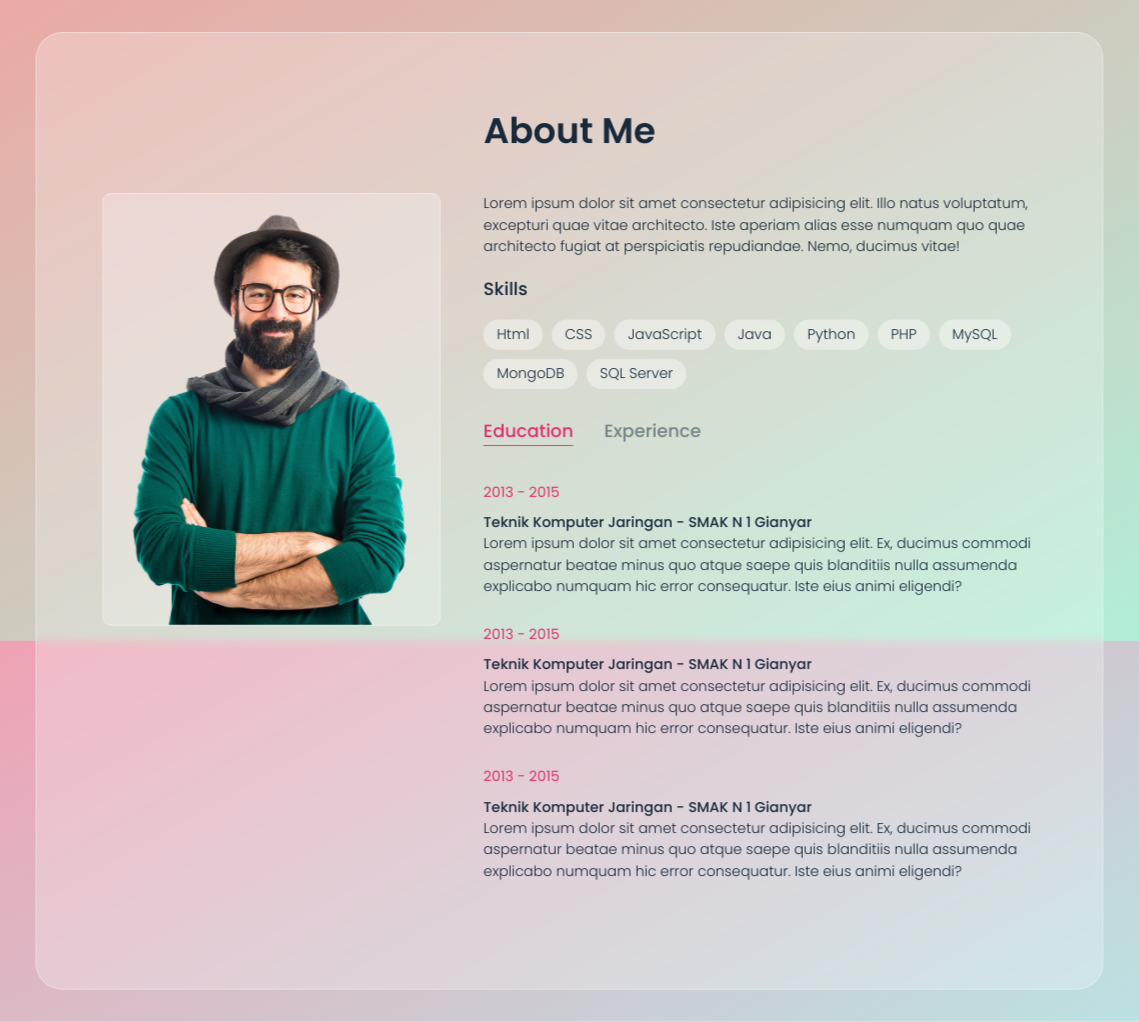
Repository: dewaary/Glassmorp-me
Page: index.html
The author's editor kept a copy of each file at every save. The page is drawn from the files as they stood at one save, then again after the next save.
The browser window is 1280 px wide. The pictures show the whole page, at 89% of full size.
Backgrounds fixed to the window are drawn as part of the page.

Above is the page before, as saved 2021-05-25 22:56:52.
Not found: js/script,js

### index.html
<!DOCTYPE html>
<html lang="en">

<head>
    <meta charset="UTF-8">
    <meta http-equiv="X-UA-Compatible" content="IE=edge">
    <meta name="viewport" content="width=device-width, initial-scale=1.0">
    <link rel="stylesheet" href="style.css">
    <title>Document</title>
</head>

<body>
    <div class="main">
        <section class="home-section align-items-center hidden">
            <div class="container">
                <div class="row align-items-center">
                    <div class="home-text">
                        <p>Hello, I'm</p>
                        <h1>Dewa Ari</h1>
                        <h2>Full-Stack Web Developer</h2>
                        <a href="#" class="btn">more about me</a>
                        <a href="#" class="btn">portfolio</a>
                    </div>
                    <div class="home-img">
                        <div class="img-box">
                            <img src="img/profile-img.png" alt="profile-img">
                        </div>
                    </div>
                </div>
            </div>
        </section>

        <!-- About Section -->
        <section class="about-section sec-padding">
            <div class="container">
                <div class="row">
                    <div class="section-title">
                        <h2>About me</h2>
                    </div>
                </div>
                <div class="row">
                    <div class="about-img">
                        <div class="img-box">
                            <img src="img/about-img.png" alt="About Image">
                        </div>
                    </div>
                    <div class="about-text">
                        <p>Lorem ipsum dolor sit amet consectetur adipisicing elit. Illo natus voluptatum, excepturi
                            quae vitae architecto. Iste aperiam alias esse numquam quo quae architecto fugiat at
                            perspiciatis repudiandae. Nemo, ducimus vitae!</p>
                        <h3>Skills</h3>
                        <div class="skills">
                            <div class="skill-item">Html</div>
                            <div class="skill-item">CSS</div>
                            <div class="skill-item">JavaScript</div>
                            <div class="skill-item">Java</div>
                            <div class="skill-item">Python</div>
                            <div class="skill-item">PHP</div>
                            <div class="skill-item">MySQL</div>
                            <div class="skill-item">MongoDB</div>
                            <div class="skill-item">SQL Server</div>
                        </div>

                        <div class="about-tabs">
                            <button type="button" class="tab-item active" data-target="#education">Education</button>
                            <button type="button" class="tab-item" data-target="#experience">Experience</button>
                        </div>
                        <div class="tab-content" id="education">
                            <div class="timeline">
                                <div class="timeline-item">
                                    <span class="date">2013 - 2015</span>
                                    <h4>Teknik Komputer Jaringan - <span>SMAK N 1 Gianyar</span></h4>
                                    <p>Lorem ipsum dolor sit amet consectetur adipisicing elit. Ex, ducimus commodi
                                        aspernatur beatae minus quo atque saepe quis blanditiis nulla assumenda
                                        explicabo numquam hic error consequatur. Iste eius animi eligendi?</p>
                                </div>
                                <div class="timeline-item">
                                    <span class="date">2013 - 2015</span>
                                    <h4>Teknik Komputer Jaringan - <span>SMAK N 1 Gianyar</span></h4>
                                    <p>Lorem ipsum dolor sit amet consectetur adipisicing elit. Ex, ducimus commodi
                                        aspernatur beatae minus quo atque saepe quis blanditiis nulla assumenda
                                        explicabo numquam hic error consequatur. Iste eius animi eligendi?</p>
                                </div>
                                <div class="timeline-item">
                                    <span class="date">2013 - 2015</span>
                                    <h4>Teknik Komputer Jaringan - <span>SMAK N 1 Gianyar</span></h4>
                                    <p>Lorem ipsum dolor sit amet consectetur adipisicing elit. Ex, ducimus commodi
                                        aspernatur beatae minus quo atque saepe quis blanditiis nulla assumenda
                                        explicabo numquam hic error consequatur. Iste eius animi eligendi?</p>
                                </div>
                            </div>
                        </div>
                        <!-- Education Start -->


                    </div>
                </div>
            </div>
        </section>

    </div>
    <script src="js/script,js"></script>
</body>

</html>

### style.css
/* Fonts */
@import url("https://fonts.googleapis.com/css2?family=Poppins:wght@300;400;500;600;700&display=swap");

/* Variables */

:root {
  --main-color: #e02f6b;
  --blue: #0000ff;
  --blue-dark: #18293c;
  --orange: #ffa500;
  --green-yellow: #cddc39;
  --pink-light: #efa2b4;
  --cyan-light: #aef1ee;
  --white: #ffffff;
  --white-alpha-40: rgba(255, 255, 255, 0.4);
  --white-alpha-25: rgba(255, 255, 255, 0.25);
  --backdrop-filter-blur: blur(5px);
}

* {
  box-sizing: border-box;
  padding: 0;
  margin: 0;
  outline: none;
}

::before,
::after {
  box-sizing: border-box;
}

body {
  min-height: 100vh;
  background-image: linear-gradient(
    to bottom right,
    var(--pink-light),
    var(--cyan-light)
  );
  background-attachment: fixed;
  font-size: 16px;
  font-family: "Poppins", sans-serif;
  font-weight: 300;
  color: var(--blue-dark);
  line-height: 1.5;
  overflow-x: hidden;
  -webkit-tap-highlight-color: transparent;
  padding: 5vh 15px;
}

body::before {
  content: "";
  position: fixed;
  left: 0;
  top: 0;
  height: 100%;
  width: 100%;
  background-color: var(--green-yellow);
  z-index: -1;
  opacity: 0.12;
}

a {
  text-decoration: none;
}

h1,
h2 {
  font-weight: 600;
}

h3,
h4,
h5,
h6 {
  font-weight: 500;
}

img {
  max-width: 100%;
  vertical-align: middle;
}

section {
  background-color: var(--white-alpha-25);
  border: 1px solid var(--white-alpha-40);
  min-height: 90vh;
  border-radius: 30px;
  backdrop-filter: var(--backdrop-filter-blur);
}

.main {
  max-width: 1200px;
  margin: auto;
}

.row {
  display: flex;
  flex-wrap: wrap;
}

.container {
  padding: 0 40px;
  width: 100%;
}

.align-items-center {
  align-items: center;
}

.hidden{
  display: none !important;
}

.sec-padding {
  padding: 80px 0;;
}

/* Section Tittle */
.section-title {
  padding: 0 15px;
  width: 100%;
  text-align: center;
  margin-bottom: 40px;
}

.section-title h2 {

  font-size: 40px;
  text-transform: capitalize;
}


/* Custome Scroolbar */

::-webkit-scrollbar{
  width: 5px;
}

::-webkit-scrollbar-track{
  background-color: var(--white);
}

::-webkit-scrollbar-thumb {
  background-color: var(--main-color);
}

/*
Buttons */

button {
  font-family: inherit;
  user-select: none;
}


.btn {
  line-height: 1.5;
  background-color: var(--white-alpha-25);
  border: 1px solid var(--white-alpha-40);
  padding: 10px 28px;
  display: inline-block;
  border-radius: 30px;
  color: var(--main-color);
  font-weight: 500;
  text-transform: capitalize;
  font-family: inherit;
  font-size: 16px;
  cursor: pointer;
  user-select: none;
  position: relative;
  overflow: hidden;
  vertical-align: middle;
  transition: width 0.3s ease;
}

.btn::before {
  content: "";
  position: absolute;
  left: 0;
  top: 0;
  height: 100%;
  width: 0%;
  background-color: var(--main-color);
  z-index: -1;
  transition: width 0.3s ease;
}

.btn:hover::before {
  width: 100%;
}
.btn:hover {
  color: var(--white);
}

/*
Home Section */

.home-section {
  display: flex;
  padding: 120px 0;
}

.home-text,
.home-img {
  width: 50%;
  padding: 15px;
}

.home-text p {
  font-size: 15px;
}

.home-text h2 {
  font-size: 20px;
  text-transform: capitalize;
  font-weight: 300;
  margin: 0 0 30px;
}

.home-text .btn {
  margin: 0 15px 15px 0;
}

.home-text h1 {
  font-size: 50px;
  text-transform: capitalize;
}

.home-img .img-box {
  max-width: 360px;
  background-color: var(--white-alpha-25);
  border-radius: 50%;
  background-color: var(--white-alpha-25);
  margin: auto;
}

.home-img .img-box img {
  width: 100%;
  border-radius: 50%;
}


/* About Section */

.about-img{
  width: 40%;
  padding: 0 15px;
}

.about-text {
  width: 60%;
  padding: 0 15px;
}

.about-img .img-box {
  background-color: var(--white-alpha-25);
  max-width: 380px;
  border: 1px solid var(--white-alpha-40);
  margin: auto;
  border-radius: 10px;

}

.about-img .img-box img{
  width: 100%;
}

.about-text h3{
  text-transform: capitalize;
  font-size: 20px;
  margin: 20px 0;;
}

.about-text .skills {
  display: flex;
  flex-wrap: wrap;
}

.about-text .skill-item {
  background-color: var(--white-alpha-25);
  background-color: var(--white-alpha-40);
  padding: 5px 15px;
  text-transform: capitalize;
  margin: 0 10px 10px 0;
  border-radius: 20px;
}

.about-tabs {
  margin-top: 20px;
}

.about-tabs .tab-item {
  padding: 2px 0;
  background-color: transparent;
  border: none;
  text-transform: capitalize;
  display: inline-block;
  color: var(--blue-dark);
  cursor: pointer;
  font-size: 20px;
  font-weight: 500;
  margin: 0 30px 0 0;
  position: relative;
  opacity: 0.5;
  transition: all 0.3s ease;
}

.about-tabs .tab-item:last-child {
  margin: 0;
}

.about-tabs .tab-item::before {
  content: '';
  position: absolute;
  left: 0;
  bottom: 0;
  width: 0%;
  height: 1px;
  background-color: var(--blue-dark);
  transition: width 0.3s ease;
}

.about-tabs .tab-item:hover::before {
  width: 100%;
}

.about-tabs .tab-item.active::before {
  width: 100%;
  background-color: var(--main-color);
}

.about-tabs .tab-item.active{
  color: var(--main-color);
  opacity: 1;
  cursor: auto;
}

.about-text .tab-content{
  padding: 40px 0;
}

.about-text .timeline-item{
  margin-bottom: 30px;
}

.about-text .timeline-item:last-child{
  margin-bottom: 0;
}

.about-text .timeline-item .date{
  display: block;
  color: var(--main-color);
  font-weight: 400;
  margin: 0 0 10px;
}
.about-text .timeline-item h4{}
.about-text .timeline-item h4 span{}

After the next save:
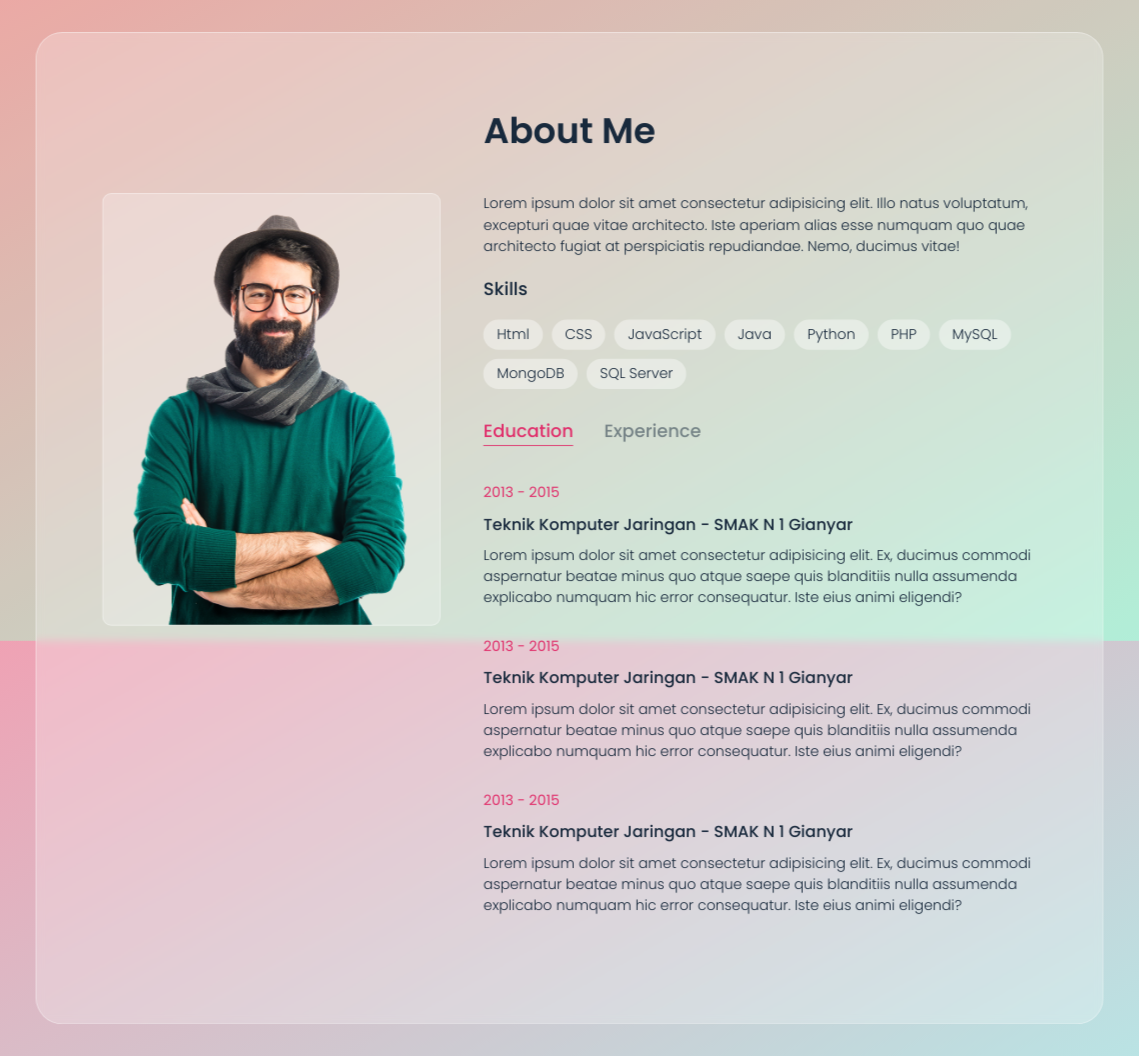
Saved 29 s later.
--- a/style.css
+++ b/style.css
@@ -353,5 +353,9 @@ Home Section */
   font-weight: 400;
   margin: 0 0 10px;
 }
-.about-text .timeline-item h4{}
+.about-text .timeline-item h4{
+  font-size: 18px;
+  text-transform: capitalize;
+  margin: 0 0 10px;
+}
 .about-text .timeline-item h4 span{}
